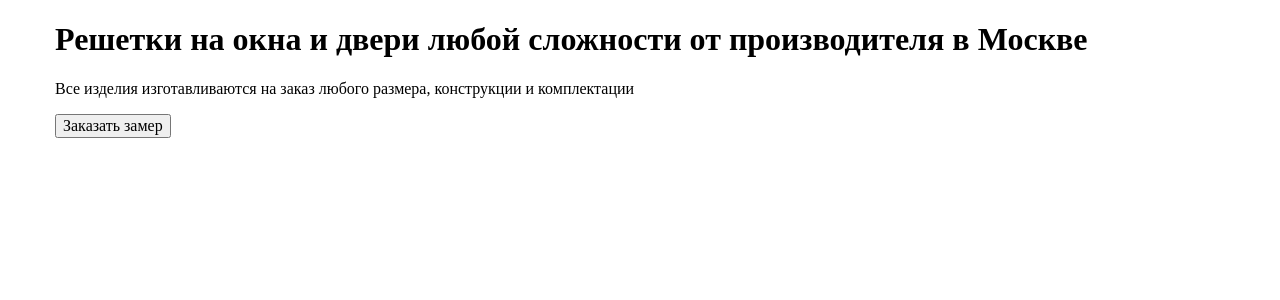
Repository: Nisovaki/https---github.com-Nisovaki-test
Page: Index.html
The author's editor kept a copy of each file at every save. The page is drawn from the files as they stood at one save, then again after the next save.
The browser window is 1280 px wide. The pictures show the whole page.
The style sheet was rebuilt from its Sass, Less or Tailwind sources for each picture, by a compiler version that may differ from the author's.

Above is the page before, as saved 2022-05-13 11:56:15.

### Index.html
<!DOCTYPE html>
<html lang="ru">
<head>
  <meta charset="UTF-8">
  <meta http-equiv="X-UA-Compatible" content="IE=edge">
  <meta name="viewport" content="width=device-width, initial-scale=1.0">
  <link rel="preconnect" href="https://fonts.googleapis.com">
  <link rel="preconnect" href="https://fonts.gstatic.com" crossorigin>
  <link href="https://fonts.googleapis.com/css2?family=Manrope:wght@400;700&display=swap" rel="stylesheet">
  <link rel="stylesheet" href="css/style.css">
  <title>Решетки</title>
</head>
<body>
  <div class="header">
    <div class="container">
      <h1 class="header__title">Решетки на окна и двери любой сложности <span class="header-color">от производителя</span> в Москве</h1>
      <p class="header__text">Все изделия изготавливаются на заказ любого размера, конструкции и комплектации</p>
      <button class="header-button">Заказать замер</button>
    </div>
  </div>
</body>
</html>

### sass/style.sass
@import '_normalize.scss'
@import '_variables.sass'
@import '_settings.sass'
@import 'block/_header.sass'

### sass/_variables.sass
$dark: #27394A
$main: #01B3B0
$text-color: #9F9F9F

### sass/_settings.sass
*
  box-sizing: border-box
body
  font-family: 'Circe Light'
.container
  margin: 0 auto
  width: 1170px

### sass/block/_header.sass
header
  background-image: url(../img/header/fon.jpg)
  background-position-x: 50%
  background-size: contain

Loaded but not shown: sass/_normalize.scss (common file)

After the next save:
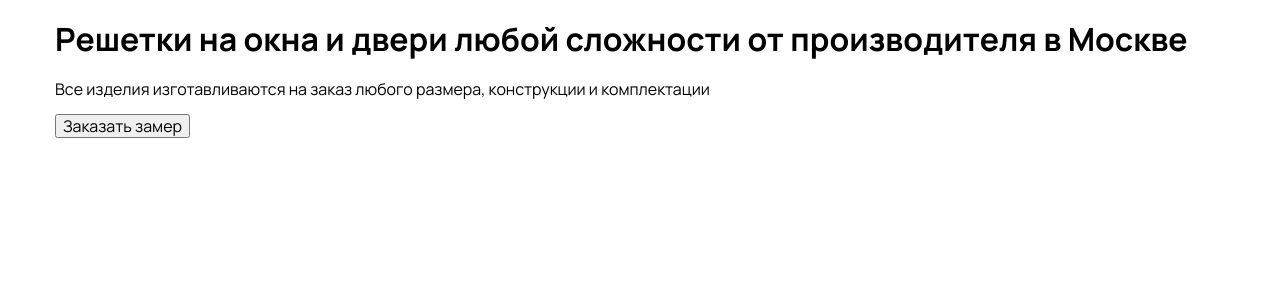
Saved 36 s later.
--- a/sass/_settings.sass
+++ b/sass/_settings.sass
@@ -1,7 +1,7 @@
 *
   box-sizing: border-box
 body
-  font-family: 'Circe Light'
+  font-family: 'Manrope', sans-serif
 .container
   margin: 0 auto
   width: 1170px
